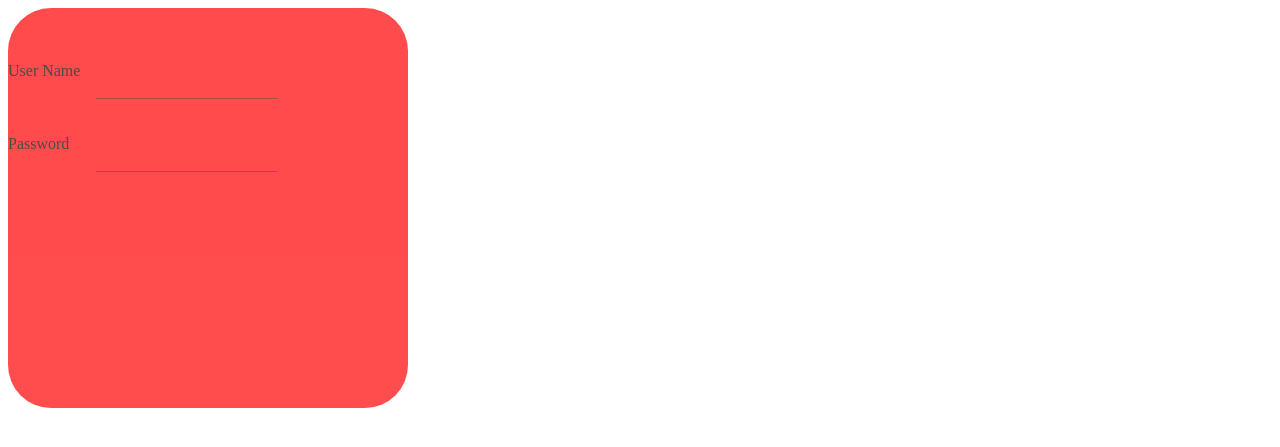
Repository: rkrukshan/Glass_Login_CSS
Page: loginform.html
An editor plug-in stored every save of this project. The page is shown before and after the next save, followed by the edit.
The browser window is 1280 px wide. The pictures show the whole page.

Above is the page before, as saved 2023-10-02 22:54:26.

### loginform.html
<!DOCTYPE html>
<html lang="en">

<head>
    <style>
        form
        {
            background-color: rgb(255, 0, 0);
            width: 25rem;
            height: 25rem;
            opacity: .7;
            border-radius: 43px;
        }
        input
        {
            opacity: .5;
            border-left: 0;
            border-right: 0;
            border-top: 0;
            border-bottom: 1px solid black;
            margin-left: 5.5rem;
            background-color:transparent;
        }
        label
        {
            color:black;
            margin-left: ;
        }
    </style>
    <meta charset="UTF-8">
    <meta name="viewport" content="width=device-width, initial-scale=1.0">
    <title>Document</title>
</head>

<body>
    <form action="">
        <br><br><br>
        <label class="" for="">User Name</label><br>
        <input type="text" name="" id=""><br><br><br>
        <label class="" for="">Password</label><br>
        <input type="password" name="" id="">
    </form>
</body>

</html>

After the next save:
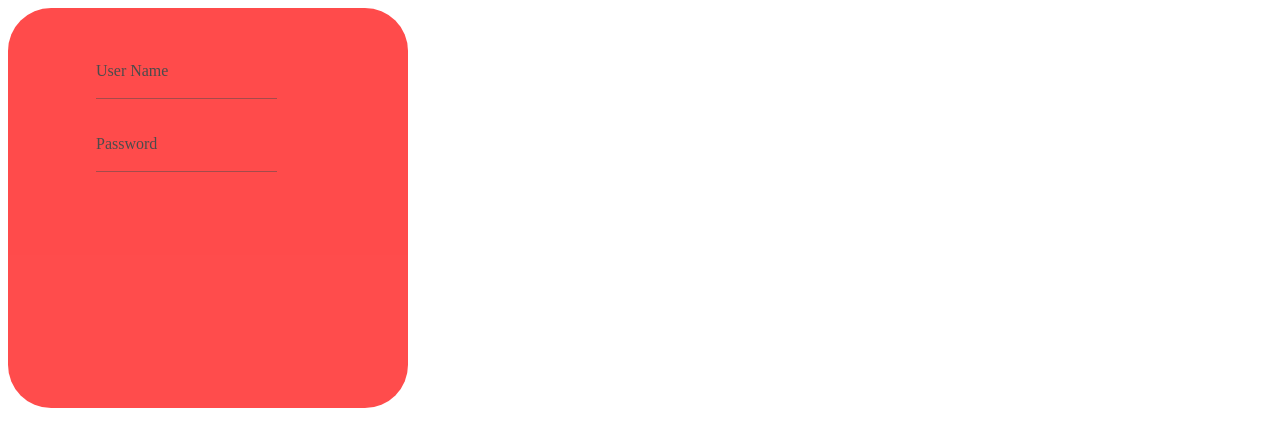
Saved 8 s later.
--- a/loginform.html
+++ b/loginform.html
@@ -24,7 +24,7 @@
         label
         {
             color:black;
-            margin-left: ;
+            margin-left: 5.5rem;
         }
     </style>
     <meta charset="UTF-8">
